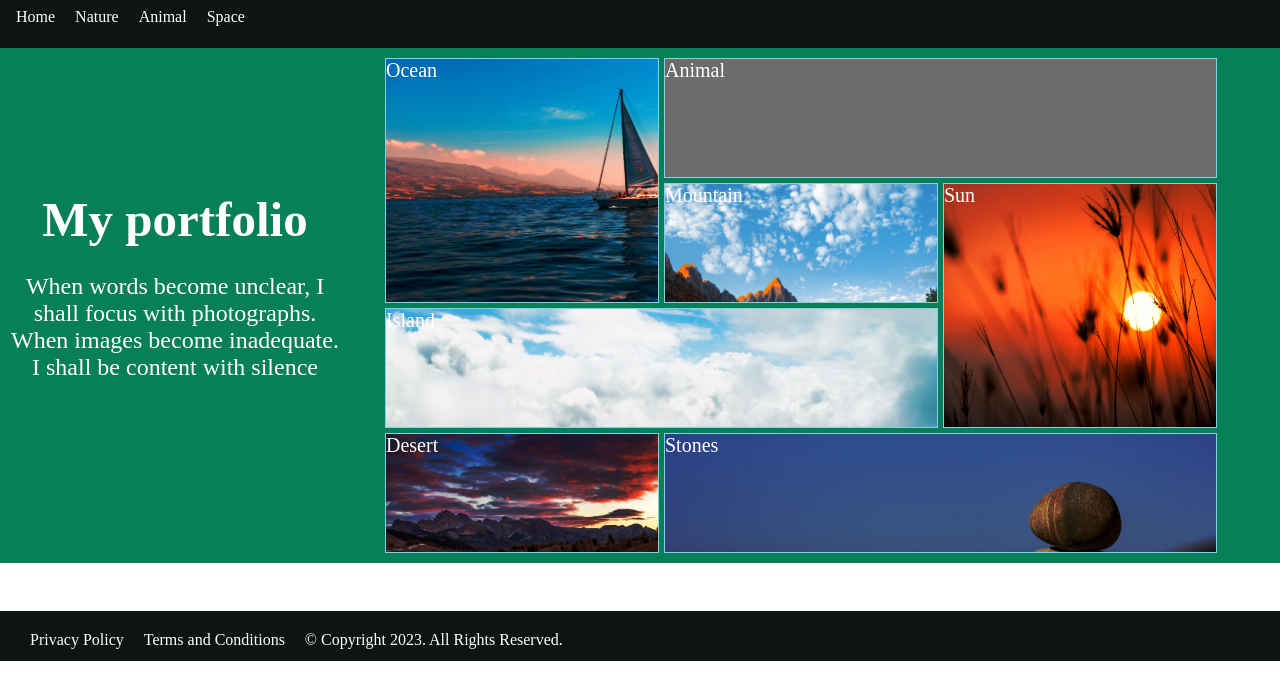
Repository: suraj-yadav7/03_Gallery_Portfolio
Page: index.html
An editor plug-in stored every save of this project. The page is shown before and after the next save, followed by the edit.
The browser window is 1280 px wide. The pictures show the whole page.
Pictures or frames that could not be fetched are drawn as grey boxes. Some web fonts or font styles are not loaded; a fallback is used.

Above is the page before, as saved 2023-02-14 21:38:26.

### index.html
<!DOCTYPE html>
<html lang="en">
<head>
    <meta charset="UTF-8">
    <meta http-equiv="X-UA-Compatible" content="IE=edge">
    <meta name="viewport" content="width=device-width, initial-scale=1.0">
    <title>Gallery</title>
    <link rel="stylesheet" href="style.css">
</head>
<body>
    <nav class="nav-section">
        <div class="nav-container">
        <ul class="nav-item flex">
            <li>    <a href="#">Home</a>   </li>
            <li>    <a href="#">Nature</a> </li>
            <li>    <a href="#">Animal</a> </li>
            <li>    <a href="#">Space</a> </li>
        </ul>
        </div>
    </nav>

        <div class="container flex">
            <div class="header-text">
                <h1 class="heading">My portfolio</h1>
                <p class="para">When words become unclear, I shall focus with photographs. When images become inadequate. I shall be content with silence</p>
            </div>
            <div class="gallery-layout">
                <div class="box" id="box1">Ocean</div>
                <div class="box" id="box2">Animal</div>
                <div class="box" id="box3">Mountain</div>
                <div class="box" id="box4">Sun</div>
                <div class="box" id="box5">Island</div>
                <div class="box" id="box6">Desert</div>
                <div class="box" id="box7">Stones</div>
            </div>
        </div>
        <footer>
            <div class="flex">
                <a>Privacy Policy</a>
                <a>Terms and Conditions</a>
                <a>© Copyright 2023. All Rights Reserved.</a>
            </div>
        </footer>
</body>
</html>

### style.css
@import url('https://fonts.googleapis.com/css2?family=Bodoni+Moda:ital,opsz@0,6..96;1,6..96&display=swap');

*{
    margin: 0;
    padding: 0;
    box-sizing: border-box;
}

:root{
    --primary-text-color: #1a0000;
    --secondary-text-color:  #33331a;
    --accent-color:  #cc99ff;
    --accent-dark-color: #4d88ff;
    --padding-inline-section: 20px;
}


/* Utility */


a{
    text-decoration: none;
    color: rgb(255, 255, 255);


}

.flex{
    display: flex;
    align-items: center;

}

/* Nav section */
.nav-container{
    background-color: rgb(14, 20, 20);
    padding: 1rem;
    font-family: 'Bodoni Moda', serif;
    font-size: 1rem;
    height: 3rem;


}
.nav-item{
    gap: 20px;
    list-style: none;
    margin-top: -0.5rem;
}
a:hover{
    color:#fff;
}

/*main -section */
.container{
    background-color: rgb(7, 127, 87);
    padding-block: 10px;
    gap: 35px;
    font-family: "bodoni modo" ;

}
.header-text{
    height: 250px;
   width: 350px;
    color: white;
    text-align: center;
    padding: 10px;

}
.heading{
    font-size: 49px;
}
.para{
    margin-top: 25px;
    font-size: 1.5rem;
}
.gallery-layout{
    display: grid;
    row-gap: 5px;
    column-gap: 5px;
    grid-template-columns: repeat(3, 1fr);
    grid-auto-rows: 120px;
    flex-basis: 65%;

}

.box{
    background-color: rgb(63, 60, 60);
    border: 1px solid skyblue;
    background-size: cover;
    background-position: top;
    background-blend-mode: hard-light;
    transition: all 1s ease-in-out;
    cursor: pointer;
    color: white;
    font-size: 20px;


}
.box:hover{
    background-color:rgb(210, 204, 204) ;
    background-position: center;

    box-shadow: 0 0 4px #fff;

}

#box1{
    grid-row: span 2;
    background-image: url("images/pexels-szelei-robert-1482193.jpg");


}

#box2{
    grid-column: span 2;
    background-image: url("images/pexels-dsd-1829979.jpg");

}
#box3{
    background-image: url("images/pexels-michael-block-3225517.jpg");

}

#box4{
    grid-row: span 2;
    background-image: url("images/pexels-darwis-alwan-1454752.jpg");
}

#box5{
    grid-column: span 2;
    background-image: url("images/pexels-michael-block-3225524.jpg");

}
#box6{
    background-image: url("images/pexels-michal-lizuch-2919720.jpg");

}

#box7{
    grid-column: span 2;
    background-image: url("images/pexels-pixabay-235990.jpg");

}


/* Footer */
footer{
    height: 50px;
    max-width: 100%;
    background-color: rgb(14, 20, 20);
    padding: var(--padding-inline-section);
    font-family: 'Bodoni Moda', serif;
    font-size: 1rem;
    margin-top: 3rem;
}
footer a{
margin:0 10px;
}
/* media queries for Mobile Responsiveness */

@media screen and (max-width: 1024px){

    .container{
        flex-direction: column;
        padding: 20px;
    }
    .box{
        grid-column: span 3;
        grid-row: span 1;

    }
.gallery-layout{
    margin-top:-20px;
    width: 100%;
    grid-auto-rows: 100px;
    padding-inline: 12px;
    row-gap: 10px;

}
#box2, #box5, #box7{
    grid-column: span 3;
}

}

After the next save:
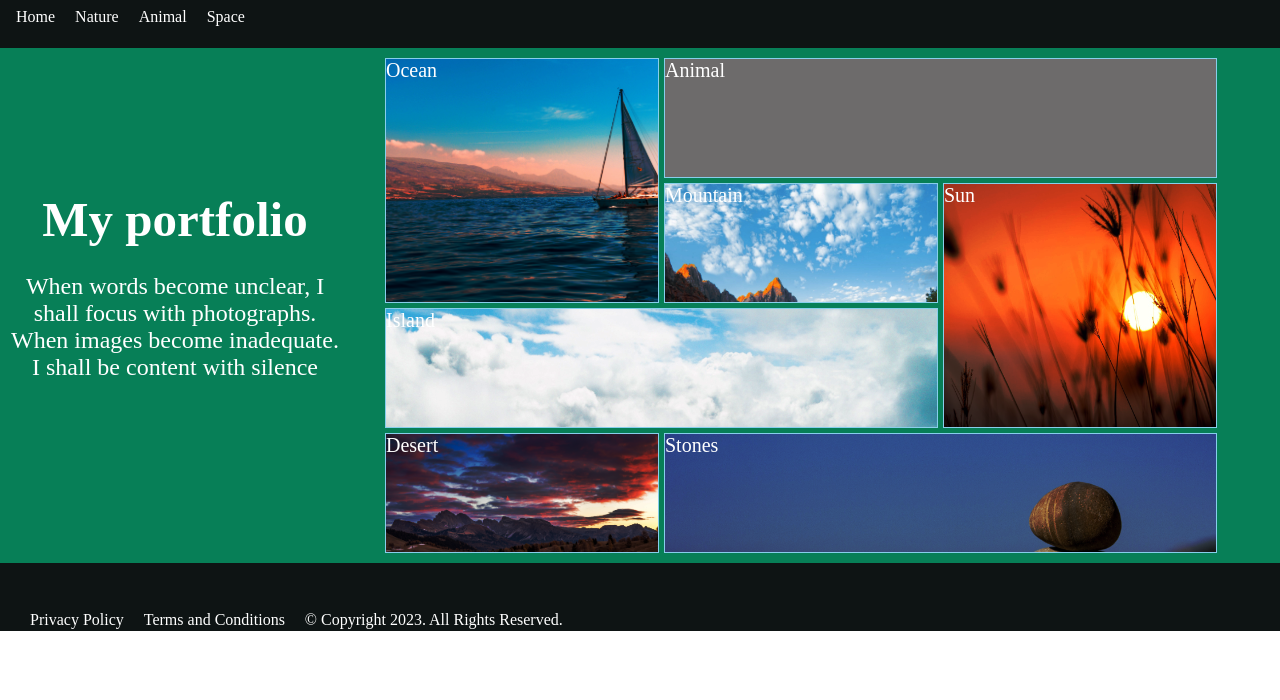
Saved 13 s later.
--- a/style.css
+++ b/style.css
@@ -151,7 +151,7 @@ footer{
     padding: var(--padding-inline-section);
     font-family: 'Bodoni Moda', serif;
     font-size: 1rem;
-    margin-top: 3rem;
+    padding-top: 3rem;
 }
 footer a{
 margin:0 10px;
